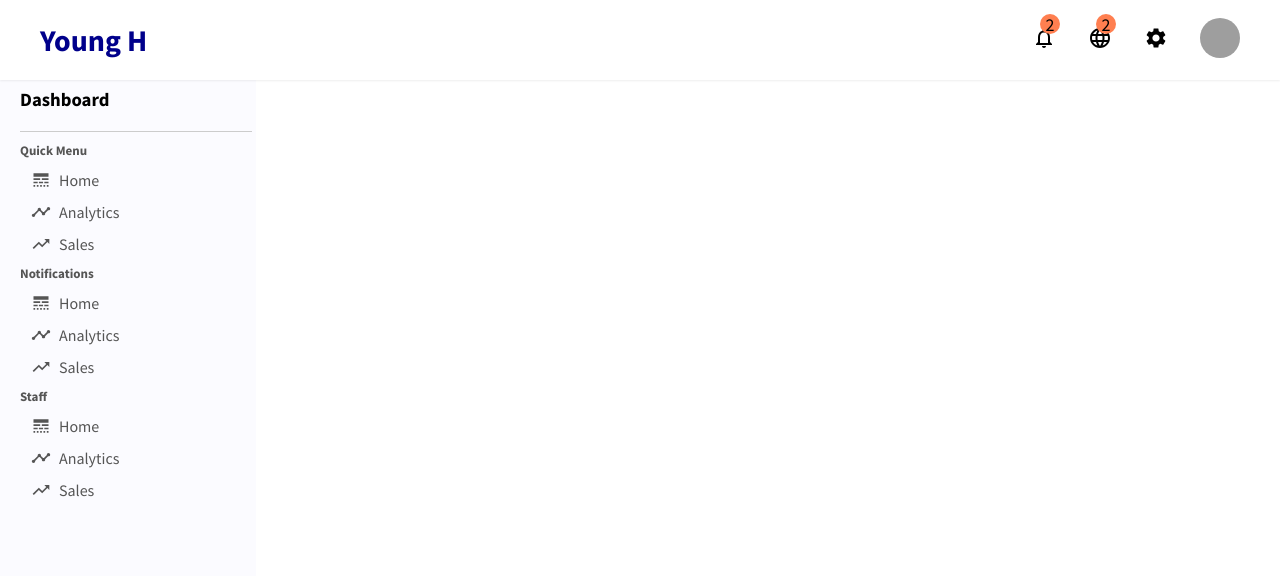
Repository: noname20011/admin
Page: /
The author's editor kept a copy of each file at every save. The page is drawn from the files as they stood at one save, then again after the next save.
The browser window is 1280 px wide. The pictures show the whole page.
Pictures or frames that could not be fetched are drawn as grey boxes. The project was rebuilt for these pictures with package versions that can differ from the ones it lists, and the page was loaded fresh each time.

Above is the page before, as saved 2021-11-13 10:08:25.

### public/index.html
<!DOCTYPE html>
<html lang="en">
  <head>
    <meta charset="utf-8" />
    <link rel="icon" href="%PUBLIC_URL%/favicon.ico" />
    <meta name="viewport" content="width=device-width, initial-scale=1" />
    <meta name="theme-color" content="#000000" />
    <meta
      name="description"
      content="Web site created using create-react-app"
    />
    <!-- GOOGLE FONTS -->
    <link href="https://fonts.googleapis.com/css2?family=Source+Sans+Pro:wght@200;300;400;600;700;900&display=swap" rel="stylesheet">
    <style>
      * {
        font-family: 'Source Sans Pro', sans-serif;
        padding: 0;
        margin: 0;
      }
    </style>
    <title>React Admin App</title>
  </head>
  <body>
    <div id="root"></div>
  </body>
</html>

### src/App.js
import Topbar from "./comopnents/topbar/Topbar";
import Sidebar from "./comopnents/sidebar/Sidebar";
import './app.css'
function App() {
  return (
    <div>
      <Topbar/>
      <div className="container">
        <Sidebar/>
        <div className="other">

        </div>
      </div>
    </div>
  );
}

export default App;

### src/comopnents/topbar/Topbar.jsx
import React from 'react'
import './topbar.css'

import { Language, NotificationsNone, Settings  } from '@material-ui/icons'

export default function Topbar() {
    return (
        <div className="topbar">
            <div className="topbarWrapper">
                <div className="topLeft">
                    <div className="logo">Young H</div>
                </div>
                <div className="topRight">
                    <div className="topbarIconContainer">
                        <NotificationsNone/>
                        <div className="topIconsBadge">2</div>
                    </div>
                    <div className="topbarIconContainer">
                        <Language/>
                        <div className="topIconsBadge">2</div>
                    </div>
                    <div className="topbarIconContainer">
                        <Settings/>
                    </div>
                    <div>
                        <img src="https://images.pexels.com/photos/1526814/pexels-photo-1526814.jpeg?auto=compress&cs=tinysrgb&dpr=2&w=500" alt="admin" className="topAvatar"/>
                    </div>
                </div>
            </div>
        </div>
    )
}

### src/comopnents/sidebar/Sidebar.jsx
import { LineStyle, Timeline, TrendingUp } from '@material-ui/icons'
import React from 'react'
import "./sidebar.css"
export default function Sidebar() {
    return (
        <div className="sidebar">
            <div className="sidebarWrapper">
                <h3 className="sidebarTitle">Dashboard</h3>
                <div className="sideMenu">
                    <h4 className="sidebarMenuTitle">Quick Menu</h4>
                    <ul className="sidebarLists">
                        <li className="sidebarListItem">
                            <LineStyle className="sidebarIcon"/>
                            Home
                        </li>
                        <li className="sidebarListItem">
                            <Timeline className="sidebarIcon"/>
                            Analytics
                        </li>
                        <li className="sidebarListItem">
                            <TrendingUp className="sidebarIcon"/>
                            Sales
                        </li>
                    </ul>
                </div>
                <div className="sideMenu">
                    <h4 className="sidebarMenuTitle">Notifications</h4>
                    <ul className="sidebarLists">
                        <li className="sidebarListItem">
                            <LineStyle className="sidebarIcon"/>
                            Home
                        </li>
                        <li className="sidebarListItem">
                            <Timeline className="sidebarIcon"/>
                            Analytics
                        </li>
                        <li className="sidebarListItem">
                            <TrendingUp className="sidebarIcon"/>
                            Sales
                        </li>
                    </ul>
                </div>
                <div className="sideMenu">
                    <h4 className="sidebarMenuTitle">Staff</h4>
                    <ul className="sidebarLists">
                        <li className="sidebarListItem">
                            <LineStyle className="sidebarIcon"/>
                            Home
                        </li>
                        <li className="sidebarListItem">
                            <Timeline className="sidebarIcon"/>
                            Analytics
                        </li>
                        <li className="sidebarListItem">
                            <TrendingUp className="sidebarIcon"/>
                            Sales
                        </li>
                    </ul>
                </div>
            </div>
        </div>
    )
}

### src/app.css
ul, li {
    list-style: none;
}

a {
    text-decoration: none;
}

.container {
    display: flex;
}

.other {
    flex: 4;
}

### src/comopnents/topbar/topbar.css
.topbar {
    width: 100%;
    height: 80px;
    background: #fff;
    box-shadow: 0 .5px 2px rgba(0, 0, 0, 0.07);

    position: sticky;
    top: 0;
    z-index: 1000;
}

.topbarWrapper {
    height: 100%;
    padding: 0 40px;
    display: flex;
    justify-content: space-between;
    align-items: center;
}

.logo {
    font-weight: bold;
    font-size: 30px;
    color: darkblue;
    cursor: pointer;
}

.topRight {
    display: flex;
    align-items: center;
    column-gap: 2rem;
}
.topbarIconContainer {
    position: relative;
    cursor: pointer;
}

.topIconsBadge {
    font-size: 18px;
    position: absolute;
    top: -12px;
    right: -4px;

    width: 20px;
    height: 20px;
    background-color: coral;
    border-radius: 50%;

    display: flex;
    place-content: center;
    place-items: center;
}

.topAvatar {
    width: 40px;
    height: 40px;
    object-fit: cover;
    border-radius: 50%;
    cursor: pointer;
}

### src/comopnents/sidebar/sidebar.css
.sidebar {
    flex: 1;
    background-color: rgb(251, 251, 255);
    position: sticky;
    top: 80px;
    height: calc(100vh - 80px);
}

.sidebarWrapper {
    padding: 8px 4px 0 20px;
}

.sidebarTitle {
    padding-bottom: 20px;
    margin-bottom: 10px;
    border-bottom: 1px solid #ccc;
}

.sidebarMenu {
    margin-bottom: 20px;
}

.sidebarMenuTitle {
    color: #555;
    font-size: 13px;
}

.sidebarLists {
    padding: 5px;
}

.sidebarListItem {
    display: flex;
    align-items: center;
    column-gap: .5rem;

    padding: 6px;
    color: #555;
    cursor: pointer;
    border-radius: .3rem;
}

.sidebarListItem.active,
.sidebarListItem:hover {
    background:rgba(0, 0, 134, 0.6);
    color: #fff;
}

.sidebarIcon {
    font-size: 20px!important;
}

Loaded but not shown: src/index.js (common file)

After the next save:
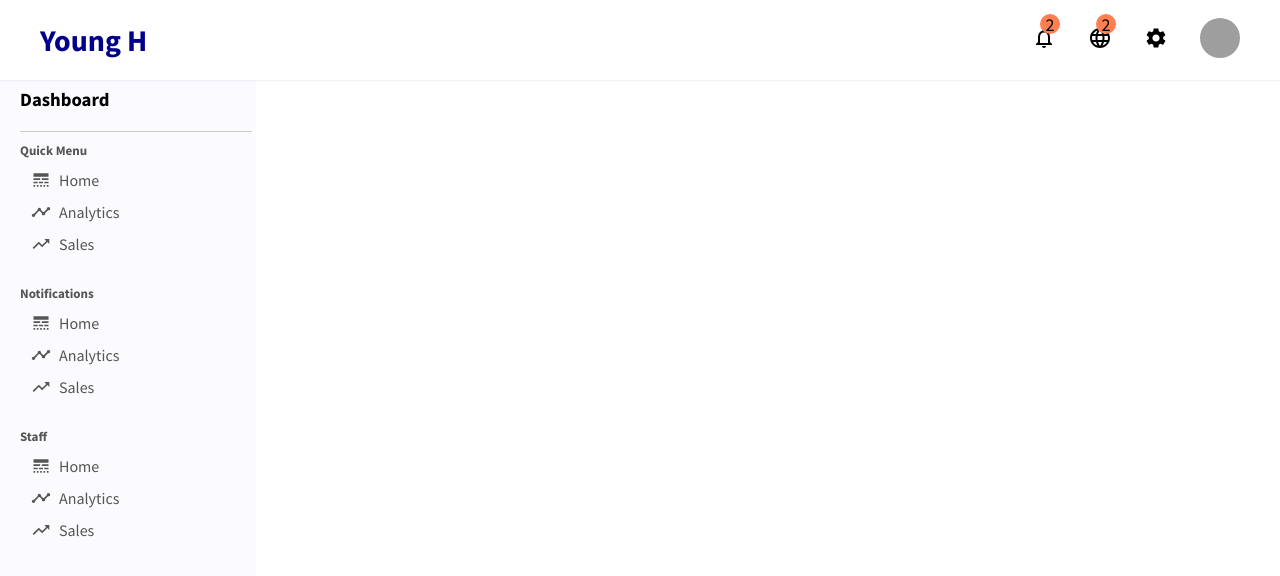
Saved 47 s later.
--- a/src/comopnents/sidebar/Sidebar.jsx
+++ b/src/comopnents/sidebar/Sidebar.jsx
@@ -6,7 +6,7 @@ export default function Sidebar() {
         <div className="sidebar">
             <div className="sidebarWrapper">
                 <h3 className="sidebarTitle">Dashboard</h3>
-                <div className="sideMenu">
+                <div className="sidebarMenu">
                     <h4 className="sidebarMenuTitle">Quick Menu</h4>
                     <ul className="sidebarLists">
                         <li className="sidebarListItem">
@@ -23,7 +23,7 @@ export default function Sidebar() {
                         </li>
                     </ul>
                 </div>
-                <div className="sideMenu">
+                <div className="sidebarMenu">
                     <h4 className="sidebarMenuTitle">Notifications</h4>
                     <ul className="sidebarLists">
                         <li className="sidebarListItem">
@@ -40,7 +40,7 @@ export default function Sidebar() {
                         </li>
                     </ul>
                 </div>
-                <div className="sideMenu">
+                <div className="sidebarMenu">
                     <h4 className="sidebarMenuTitle">Staff</h4>
                     <ul className="sidebarLists">
                         <li className="sidebarListItem">
